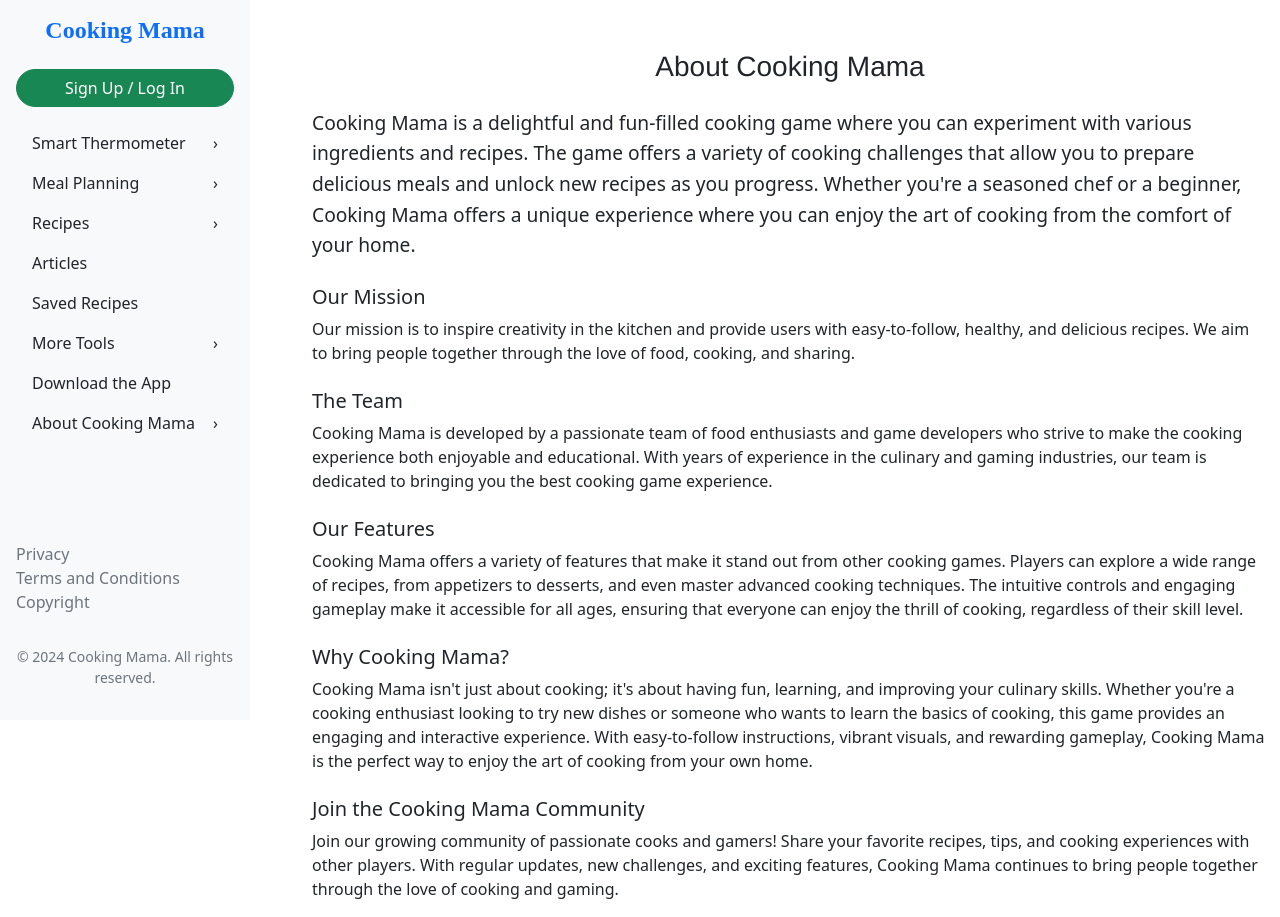
Repository: julius2510/UAS_Frontend_Kelompok10
Page: about.html
An editor plug-in stored every save of this project. The page is shown before and after a run of saves, followed by the edit.
The browser window is 1280 px wide. The pictures show the whole page.
Some icons come from a web library that is not loaded, so they are not drawn.

Above is the page before, as saved 2024-11-21 00:06:00.
Console error: TypeError: Cannot read properties of null (reading 'addEventListener')

After the next 5 saves:
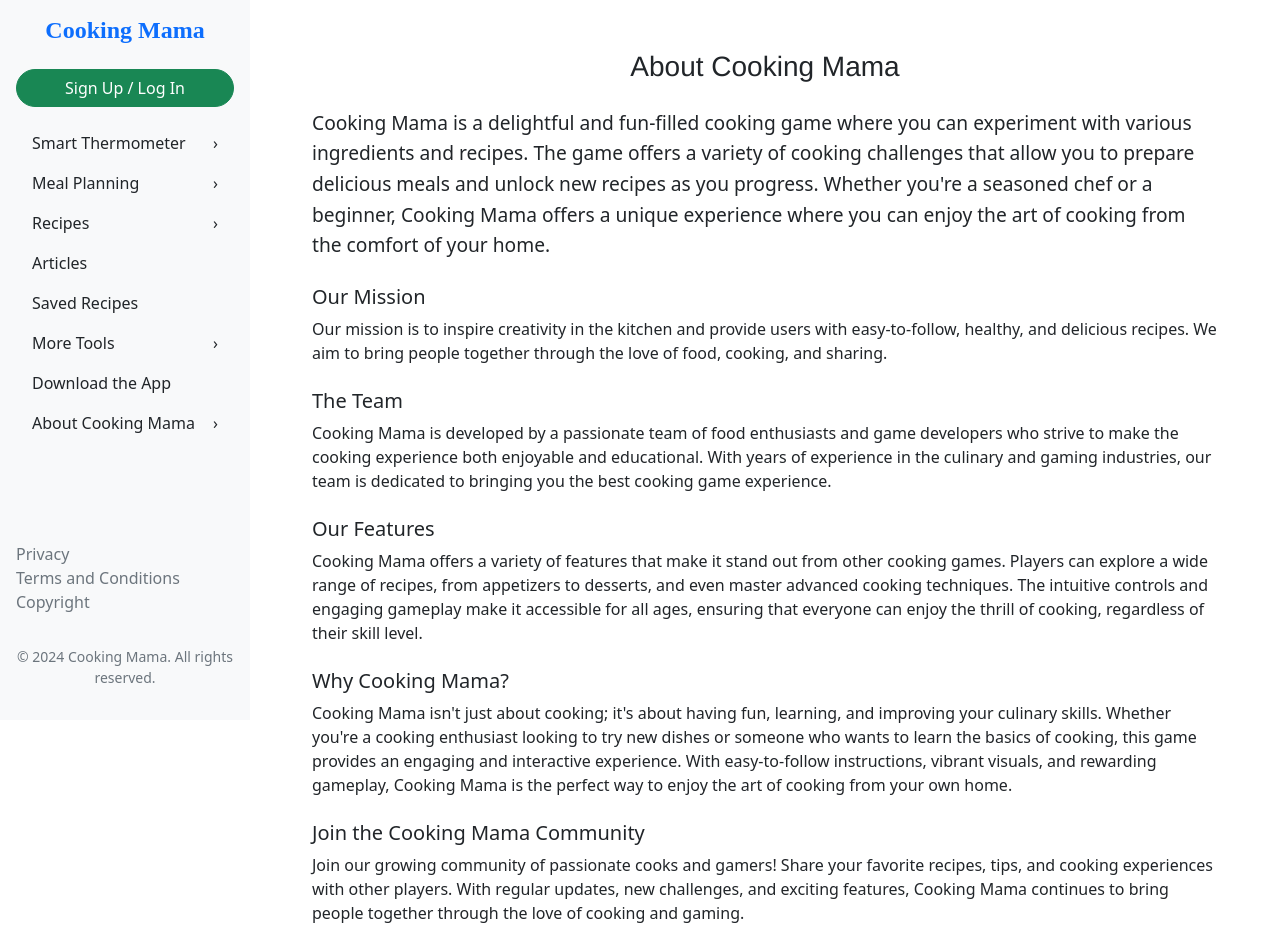
The 5 saves are shown as one change because they came seconds apart.
The last was saved 15 s later.
--- a/about.html
+++ b/about.html
@@ -111,7 +111,7 @@
 
     <!-- Main Content -->
    <!-- Main Content -->
-<div class="container-fluid" style="margin-left: 300px; padding-top: 50px;">
+<div class="container-fluid" style="margin-left: 300px; margin-right: 50px; padding-top: 50px;">
     <div class="row">
       <div class="col-12">
         <h1 class="text-center mb-4 fs-3" style="font-family: 'Franklin Gothic Medium', 'Arial Narrow', Arial, sans-serif;">About Cooking Mama</h1>
